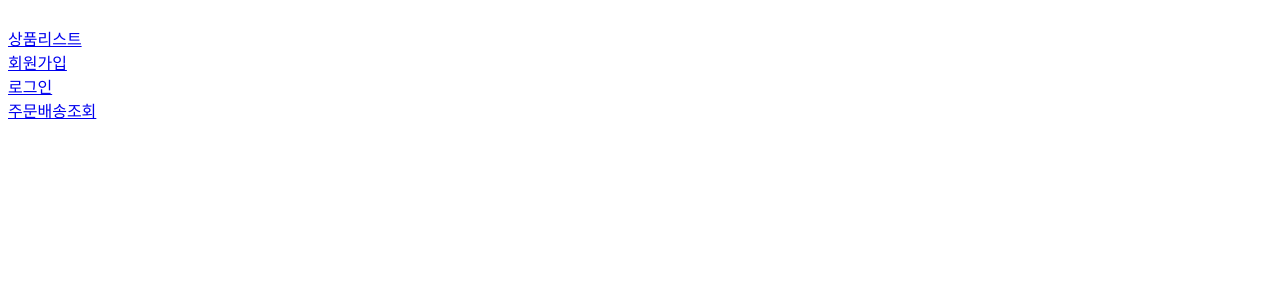
Repository: lhc8607git/SungsimdangPro
Page: http://localhost/ssdPro/
The author's editor kept a copy of each file at every save. The page is drawn from the files as they stood at one save, then again after the next save.
The browser window is 1280 px wide. The pictures show the whole page.
The page is served by Tomcat 9.

Above is the page before, as saved 2022-01-13 09:45:20.

After the next save:
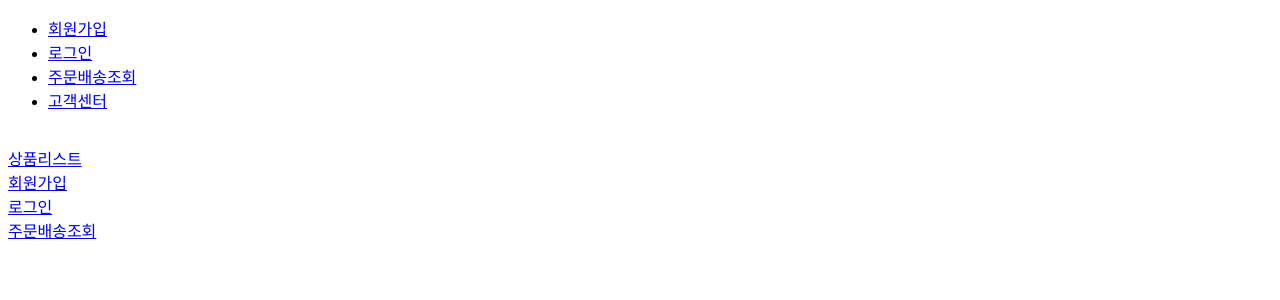
Saved 20 s later.
--- a/ssdPro/src/main/webapp/default.jsp
+++ b/ssdPro/src/main/webapp/default.jsp
@@ -8,6 +8,8 @@
 <title>Insert title here</title>
 </head>
 <body>
+	<!-- 현준: 유틸바 -->
+	<%@include file="/layout/header.jsp" %>
 
 
 
